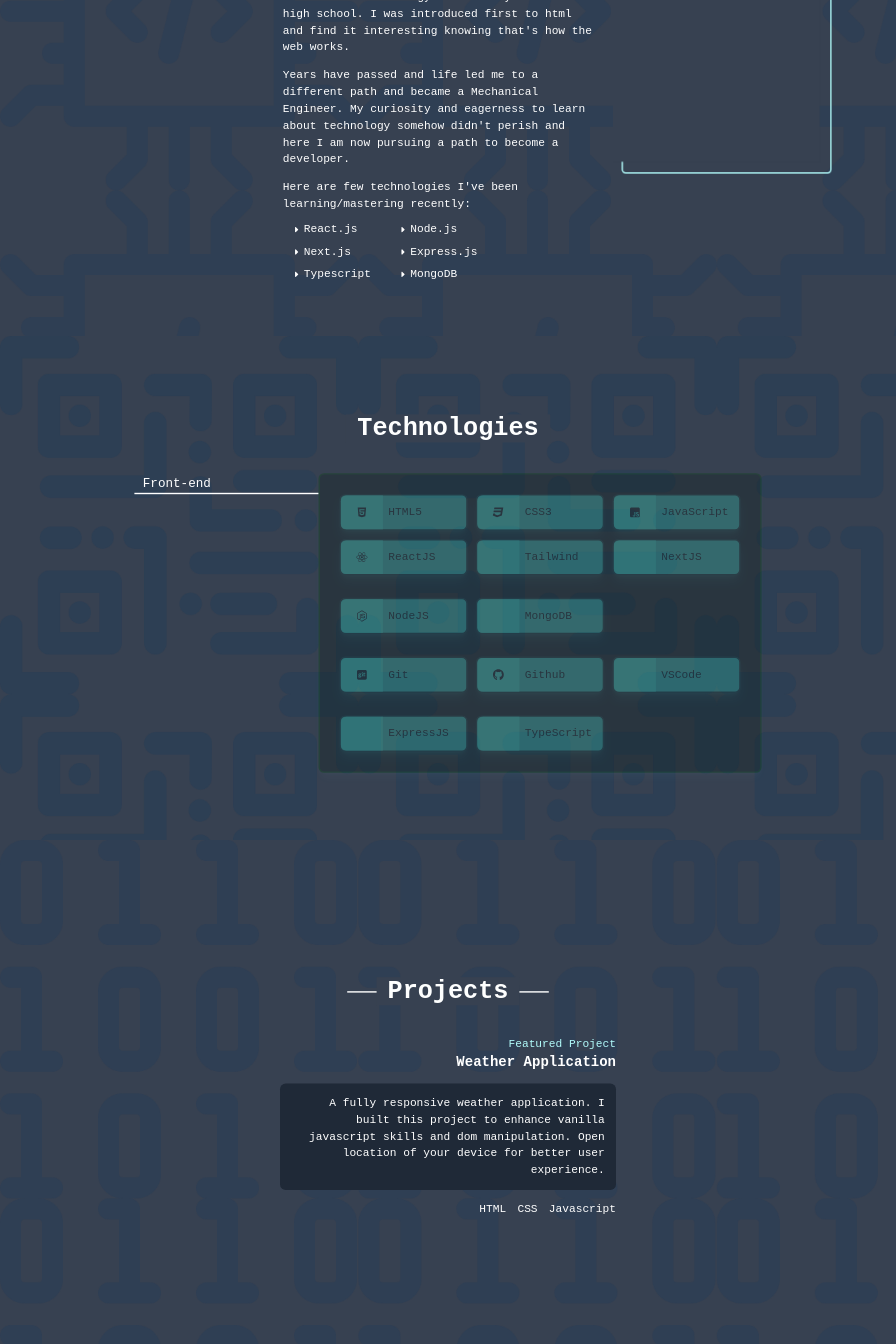
Repository: riandev25/nextjs-portfolio
Page: /
These files come from the project's save history. The page is drawn as it stood at one moment and after the next save; the edit follows.
The browser window is 1280 px wide. The pictures show the part of the page from y = 960 to 2880 px (the page is 2880 px tall), at 70% of full size.
Backgrounds fixed to the window are drawn as part of the page. The project was rebuilt for these pictures with package versions that can differ from the ones it lists, and the page was loaded fresh each time. The framework's server and built-in components were replaced by stand-ins that run in the browser. Also part of the build but not shown: next.config.js, components/Home/Keyboard/index.module.css, components/Home/Keyboard/index.jsx.

Above is the page before, as saved 2022-11-12 19:02:58.

After the next save:
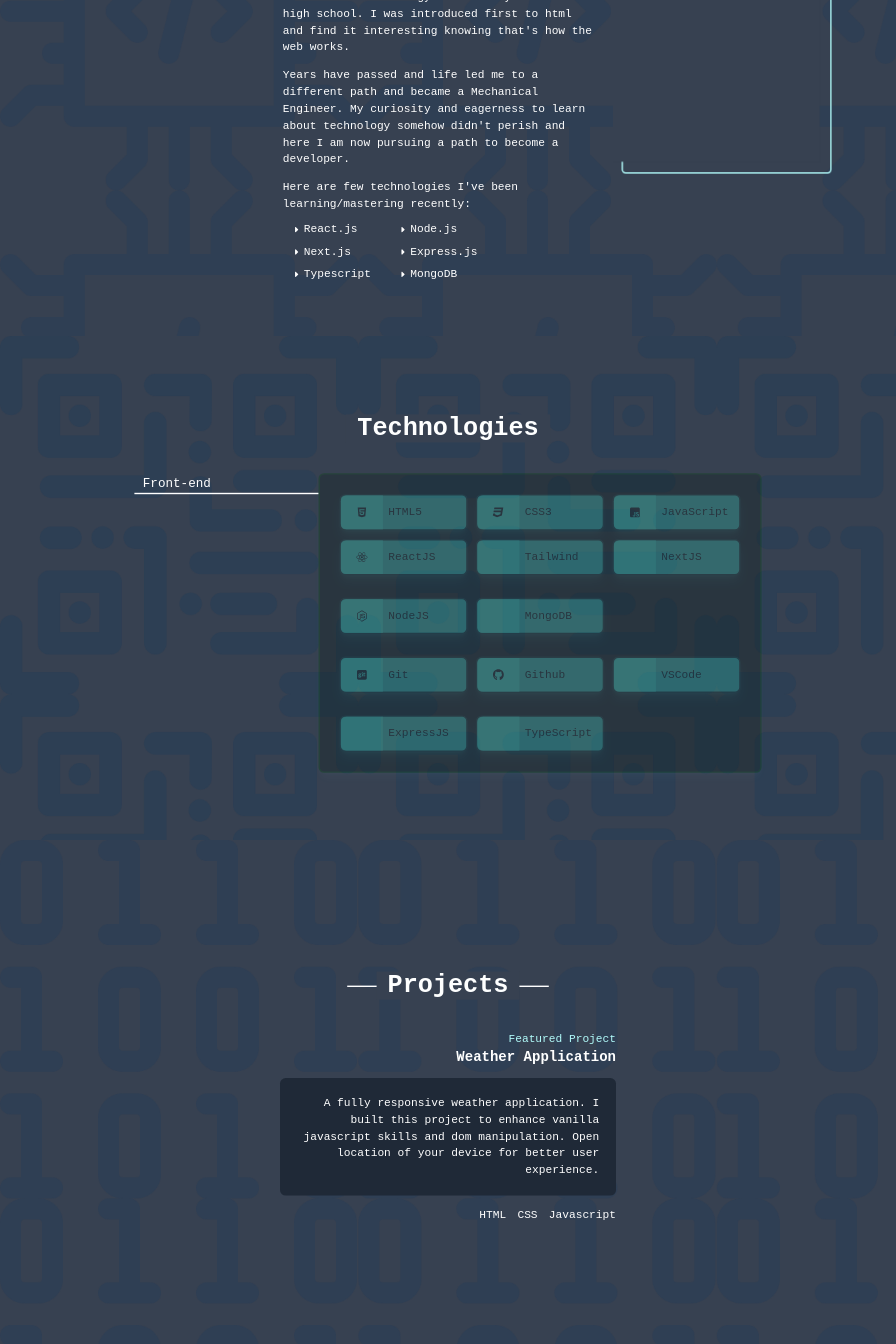
Saved 84 s later.
--- a/components/Projects/index.jsx
+++ b/components/Projects/index.jsx
@@ -39,7 +39,7 @@ const Projects = () => {
             <h2 className='text-neon'>Featured Project</h2>
             <h1 className='text-xl font-bold'>Weather Application</h1>
           </div>
-          <div className='bg-gray-800 p-4 rounded-lg'>
+          <div className='bg-gray-800 p-6 rounded-lg'>
             <p className='text-right'>
               A fully responsive weather application. I built this project to
               enhance vanilla javascript skills and dom manipulation. Open
